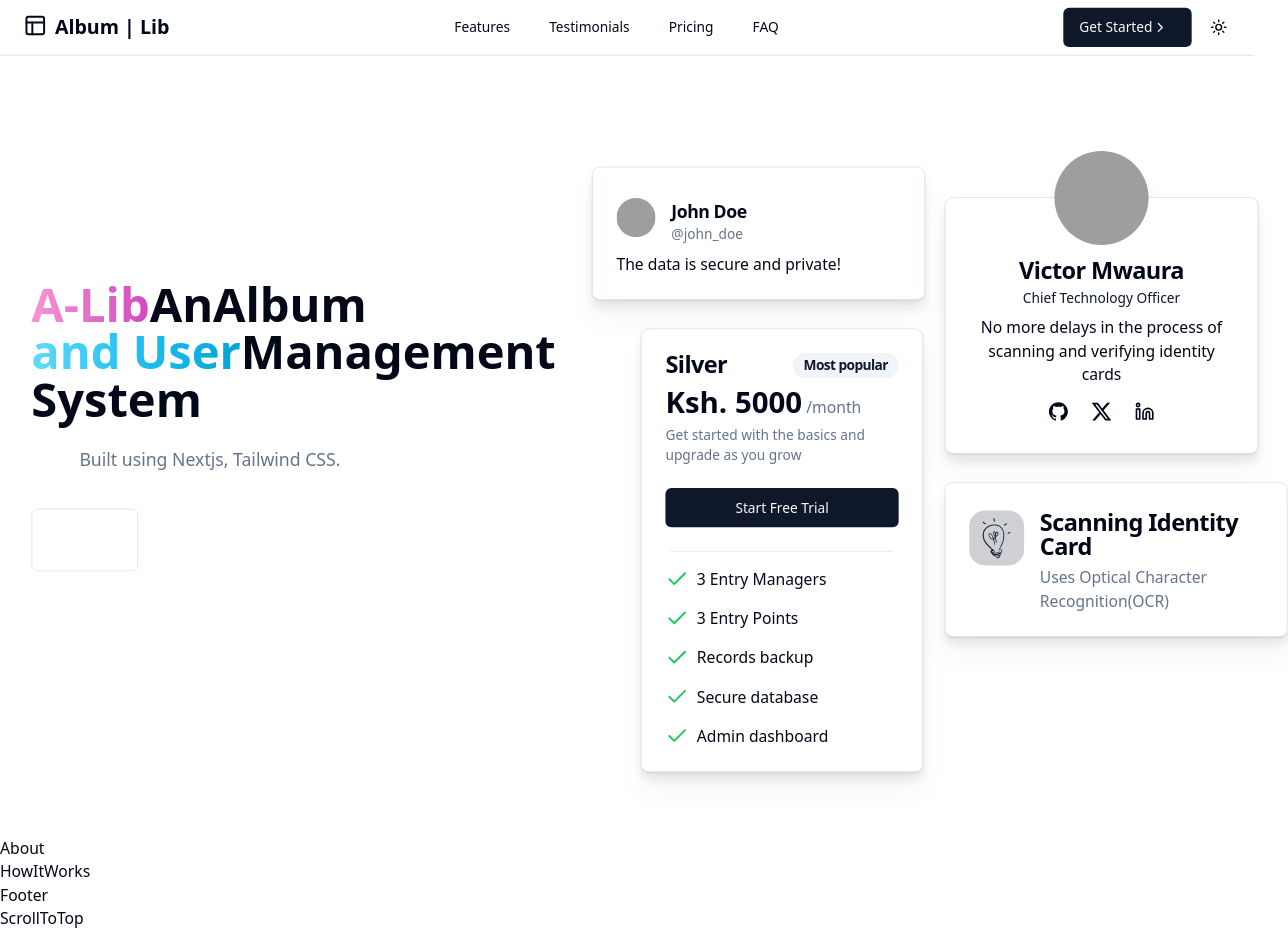
Repository: DevLaukey/savannah-informatics-test
Page: /
An editor plug-in stored every save of this project. The page is shown before and after the next save, followed by the edit.
The browser window is 1280 px wide. The page is 1314 px wide, so the pictures cover 1314 px, including what lies to the right of the window. The pictures show the whole page, at 98% of full size.
Pictures or frames that could not be fetched are drawn as grey boxes. The project was rebuilt for these pictures with package versions that can differ from the ones it lists, and the page was loaded fresh each time. The framework's server and built-in components were replaced by stand-ins that run in the browser. Also part of the build but not shown: next.config.mjs.

Above is the page before, as saved 2024-06-04 21:56:21.

### app/layout.jsx
import "./globals.css";
import { Inter as FontSans } from "next/font/google";

import { cn } from "@/lib/utils";
import { ThemeProvider } from "@/lib/theme-provider";

const fontSans = FontSans({
  subsets: ["latin"],
  variable: "--font-sans",
});

export default function RootLayout({ children }) {
  return (
    <html lang="en" suppressHydrationWarning>
      <head />
      <body
        className={cn(
          "min-h-screen bg-background font-sans antialiased",
          fontSans.variable
        )}
      >
        <ThemeProvider
          attribute="class"
          defaultTheme="system"
          enableSystem
          disableTransitionOnChange
        >
          {children}
        </ThemeProvider>
      </body>
    </html>
  );
}

### app/page.jsx
import Footer from "@/components/Footer";
import About from "@/components/landing-page/About";
import Hero from "@/components/landing-page/Hero";
import HowItWorks from "@/components/landing-page/HowItWorks";
import Navbar from "@/components/Navbar";
import ScrollToTop from "@/components/ScrollToTop";


// this is the landing page
export default function Home() {
  return (
    <>
      <Navbar />
      <Hero />
      <About />
      <HowItWorks />
      <Footer />
      <ScrollToTop />
    </>
  );
}

### components/landing-page/Hero.jsx
import { HeroCards } from "./HeroCards";
import { Button, buttonVariants } from "@/components/ui/button";

const Hero = () => {
  return (
    <section className="container grid grid-cols-1 md:grid-cols-2 place-items-center py-20 md:py-32 gap-10">
      <div className="text-center md:text-left space-y-6">
        <main className="text-3xl md:text-5xl font-bold">
          <h1 className="inline-block">
            <span className="inline bg-gradient-to-r from-[#F596D3] to-[#D247BF] text-transparent bg-clip-text">
              A-Lib
            </span>
            An
          </h1>
          Album
          <h2 className="inline-block">
            <span className="inline bg-gradient-to-r from-[#61DAFB] via-[#1fc0f1] to-[#03a3d7] text-transparent bg-clip-text">
              and User
            </span>
            Management System
          </h2>
        </main>

        <p className="text-lg text-muted-foreground md:w-10/12 mx-auto">
          Built using Nextjs, Tailwind CSS.
        </p>

        <div className="space-y-4 md:space-y-0 md:space-x-4">
          <Button
            type="button"
            className={`flex items-center justify-center w-full md:w-auto mt-3 text-white bg-black rounded-lg h-14 md:h-16 px-6 ${buttonVariants(
              {
                variant: "outline",
              }
            )}`}
          >

           Get Started
          </Button>
        </div>
      </div>

      {/* Hero cards sections */}
      <div className="z-10">
        <HeroCards />
      </div>

      {/* Shadow effect */}
      <div className="shadow"></div>
    </section>
  );
};

export default Hero;

### components/landing-page/HowItWorks.jsx
import React from 'react'

function HowItWorks() {
  return (
    <div>HowItWorks</div>
  )
}

export default HowItWorks

### components/Navbar.jsx
"use client";
import React, { useState } from "react";
import {
  NavigationMenu,
  NavigationMenuItem,
  NavigationMenuList,
} from "@/components/ui/navigation-menu";
import {
  Sheet,
  SheetContent,
  SheetHeader,
  SheetTitle,
  SheetTrigger,
} from "@/components/ui/sheet";
import { Button, buttonVariants } from "./ui/button";
import { ChevronRight, Menu } from "lucide-react";
import ModeToggle from "./mode-toggle";
import { LogoIcon } from "./Icons";

const routeList = [
  {
    href: "#features",
    label: "Features",
  },
  {
    href: "#testimonials",
    label: "Testimonials",
  },
  {
    href: "#pricing",
    label: "Pricing",
  },
  {
    href: "#faq",
    label: "FAQ",
  },
];

const Navbar = () => {
  const [isOpen, setIsOpen] = useState(false);
  return (
    <header className="sticky border-b-[1px] top-0 z-40 w-full bg-white dark:border-b-slate-700 dark:bg-background">
      <NavigationMenu className="mx-auto">
        <NavigationMenuList className="container h-14 px-4 w-screen flex justify-between">
          <NavigationMenuItem className="font-bold flex">
            <a
              rel="noreferrer noopener"
              href="/"
              className="ml-2 font-bold text-xl flex"
            >
              <LogoIcon />
              Album | Lib
            </a>
          </NavigationMenuItem>

          {/* mobile */}
          <span className="flex md:hidden">
            <ModeToggle />

            <Sheet open={isOpen} onOpenChange={setIsOpen}>
              <SheetTrigger className="px-2">
                <Menu
                  className="flex md:hidden h-5 w-5"
                  onClick={() => setIsOpen(true)}
                >
                  <span className="sr-only">Menu Icon</span>
                </Menu>
              </SheetTrigger>

              <SheetContent side={"left"}>
                <SheetHeader>
                  <SheetTitle className="font-bold text-xl">
                    Shadcn/React
                  </SheetTitle>
                </SheetHeader>
                <nav className="flex flex-col justify-center items-center gap-2 mt-4">
                  {routeList.map(({ href, label }) => (
                    <a
                      rel="noreferrer noopener"
                      key={label}
                      href={href}
                      onClick={() => setIsOpen(false)}
                      className={buttonVariants({ variant: "ghost" })}
                    >
                      {label}
                    </a>
                  ))}
                  <Button>
                    Get Started
                    <ChevronRight className="mr-2 h-4 w-4" />
                  </Button>
                </nav>
              </SheetContent>
            </Sheet>
          </span>

          {/* desktop */}
          <nav className="hidden md:flex gap-2">
            {routeList.map((route, i) => (
              <a
                rel="noreferrer noopener"
                href={route.href}
                key={i}
                className={`text-[17px] ${buttonVariants({
                  variant: "ghost",
                })}`}
              >
                {route.label}
              </a>
            ))}
          </nav>

          <div className="hidden md:flex gap-2">
            <Button>
              Get Started
              <ChevronRight className="mr-2 h-4 w-4" />
            </Button>
            <ModeToggle />
          </div>
        </NavigationMenuList>
      </NavigationMenu>
    </header>
  );
};
export default Navbar;

### components/ScrollToTop.jsx
import React from 'react'

function ScrollToTop() {
  return (
    <div>ScrollToTop</div>
  )
}

export default ScrollToTop

### components/ui/button.jsx
import * as React from "react"
import { Slot } from "@radix-ui/react-slot"
import { cva } from "class-variance-authority";

import { cn } from "@/lib/utils"

const buttonVariants = cva(
  "inline-flex items-center justify-center whitespace-nowrap rounded-md text-sm font-medium ring-offset-background transition-colors focus-visible:outline-none focus-visible:ring-2 focus-visible:ring-ring focus-visible:ring-offset-2 disabled:pointer-events-none disabled:opacity-50",
  {
    variants: {
      variant: {
        default: "bg-primary text-primary-foreground hover:bg-primary/90",
        destructive:
          "bg-destructive text-destructive-foreground hover:bg-destructive/90",
        outline:
          "border border-input bg-background hover:bg-accent hover:text-accent-foreground",
        secondary:
          "bg-secondary text-secondary-foreground hover:bg-secondary/80",
        ghost: "hover:bg-accent hover:text-accent-foreground",
        link: "text-primary underline-offset-4 hover:underline",
      },
      size: {
        default: "h-10 px-4 py-2",
        sm: "h-9 rounded-md px-3",
        lg: "h-11 rounded-md px-8",
        icon: "h-10 w-10",
      },
    },
    defaultVariants: {
      variant: "default",
      size: "default",
    },
  }
)

const Button = React.forwardRef(({ className, variant, size, asChild = false, ...props }, ref) => {
  const Comp = asChild ? Slot : "button"
  return (
    (<Comp
      className={cn(buttonVariants({ variant, size, className }))}
      ref={ref}
      {...props} />)
  );
})
Button.displayName = "Button"

export { Button, buttonVariants }

### components/ui/navigation-menu.jsx
import * as React from "react"
import * as NavigationMenuPrimitive from "@radix-ui/react-navigation-menu"
import { cva } from "class-variance-authority"
import { ChevronDown } from "lucide-react"

import { cn } from "@/lib/utils"

const NavigationMenu = React.forwardRef(({ className, children, ...props }, ref) => (
  <NavigationMenuPrimitive.Root
    ref={ref}
    className={cn(
      "relative z-10 flex max-w-max flex-1 items-center justify-center",
      className
    )}
    {...props}>
    {children}
    <NavigationMenuViewport />
  </NavigationMenuPrimitive.Root>
))
NavigationMenu.displayName = NavigationMenuPrimitive.Root.displayName

const NavigationMenuList = React.forwardRef(({ className, ...props }, ref) => (
  <NavigationMenuPrimitive.List
    ref={ref}
    className={cn(
      "group flex flex-1 list-none items-center justify-center space-x-1",
      className
    )}
    {...props} />
))
NavigationMenuList.displayName = NavigationMenuPrimitive.List.displayName

const NavigationMenuItem = NavigationMenuPrimitive.Item

const navigationMenuTriggerStyle = cva(
  "group inline-flex h-10 w-max items-center justify-center rounded-md bg-background px-4 py-2 text-sm font-medium transition-colors hover:bg-accent hover:text-accent-foreground focus:bg-accent focus:text-accent-foreground focus:outline-none disabled:pointer-events-none disabled:opacity-50 data-[active]:bg-accent/50 data-[state=open]:bg-accent/50"
)

const NavigationMenuTrigger = React.forwardRef(({ className, children, ...props }, ref) => (
  <NavigationMenuPrimitive.Trigger
    ref={ref}
    className={cn(navigationMenuTriggerStyle(), "group", className)}
    {...props}>
    {children}{" "}
    <ChevronDown
      className="relative top-[1px] ml-1 h-3 w-3 transition duration-200 group-data-[state=open]:rotate-180"
      aria-hidden="true" />
  </NavigationMenuPrimitive.Trigger>
))
NavigationMenuTrigger.displayName = NavigationMenuPrimitive.Trigger.displayName

const NavigationMenuContent = React.forwardRef(({ className, ...props }, ref) => (
  <NavigationMenuPrimitive.Content
    ref={ref}
    className={cn(
      "left-0 top-0 w-full data-[motion^=from-]:animate-in data-[motion^=to-]:animate-out data-[motion^=from-]:fade-in data-[motion^=to-]:fade-out data-[motion=from-end]:slide-in-from-right-52 data-[motion=from-start]:slide-in-from-left-52 data-[motion=to-end]:slide-out-to-right-52 data-[motion=to-start]:slide-out-to-left-52 md:absolute md:w-auto ",
      className
    )}
    {...props} />
))
NavigationMenuContent.displayName = NavigationMenuPrimitive.Content.displayName

const NavigationMenuLink = NavigationMenuPrimitive.Link

const NavigationMenuViewport = React.forwardRef(({ className, ...props }, ref) => (
  <div className={cn("absolute left-0 top-full flex justify-center")}>
    <NavigationMenuPrimitive.Viewport
      className={cn(
        "origin-top-center relative mt-1.5 h-[var(--radix-navigation-menu-viewport-height)] w-full overflow-hidden rounded-md border bg-popover text-popover-foreground shadow-lg data-[state=open]:animate-in data-[state=closed]:animate-out data-[state=closed]:zoom-out-95 data-[state=open]:zoom-in-90 md:w-[var(--radix-navigation-menu-viewport-width)]",
        className
      )}
      ref={ref}
      {...props} />
  </div>
))
NavigationMenuViewport.displayName =
  NavigationMenuPrimitive.Viewport.displayName

const NavigationMenuIndicator = React.forwardRef(({ className, ...props }, ref) => (
  <NavigationMenuPrimitive.Indicator
    ref={ref}
    className={cn(
      "top-full z-[1] flex h-1.5 items-end justify-center overflow-hidden data-[state=visible]:animate-in data-[state=hidden]:animate-out data-[state=hidden]:fade-out data-[state=visible]:fade-in",
      className
    )}
    {...props}>
    <div
      className="relative top-[60%] h-2 w-2 rotate-45 rounded-tl-sm bg-border shadow-md" />
  </NavigationMenuPrimitive.Indicator>
))
NavigationMenuIndicator.displayName =
  NavigationMenuPrimitive.Indicator.displayName

export {
  navigationMenuTriggerStyle,
  NavigationMenu,
  NavigationMenuList,
  NavigationMenuItem,
  NavigationMenuContent,
  NavigationMenuTrigger,
  NavigationMenuLink,
  NavigationMenuIndicator,
  NavigationMenuViewport,
}

### components/ui/sheet.jsx
"use client";
import * as React from "react"
import * as SheetPrimitive from "@radix-ui/react-dialog"
import { cva } from "class-variance-authority";
import { X } from "lucide-react"

import { cn } from "@/lib/utils"

const Sheet = SheetPrimitive.Root

const SheetTrigger = SheetPrimitive.Trigger

const SheetClose = SheetPrimitive.Close

const SheetPortal = SheetPrimitive.Portal

const SheetOverlay = React.forwardRef(({ className, ...props }, ref) => (
  <SheetPrimitive.Overlay
    className={cn(
      "fixed inset-0 z-50 bg-black/80  data-[state=open]:animate-in data-[state=closed]:animate-out data-[state=closed]:fade-out-0 data-[state=open]:fade-in-0",
      className
    )}
    {...props}
    ref={ref} />
))
SheetOverlay.displayName = SheetPrimitive.Overlay.displayName

const sheetVariants = cva(
  "fixed z-50 gap-4 bg-background p-6 shadow-lg transition ease-in-out data-[state=open]:animate-in data-[state=closed]:animate-out data-[state=closed]:duration-300 data-[state=open]:duration-500",
  {
    variants: {
      side: {
        top: "inset-x-0 top-0 border-b data-[state=closed]:slide-out-to-top data-[state=open]:slide-in-from-top",
        bottom:
          "inset-x-0 bottom-0 border-t data-[state=closed]:slide-out-to-bottom data-[state=open]:slide-in-from-bottom",
        left: "inset-y-0 left-0 h-full w-3/4 border-r data-[state=closed]:slide-out-to-left data-[state=open]:slide-in-from-left sm:max-w-sm",
        right:
          "inset-y-0 right-0 h-full w-3/4  border-l data-[state=closed]:slide-out-to-right data-[state=open]:slide-in-from-right sm:max-w-sm",
      },
    },
    defaultVariants: {
      side: "right",
    },
  }
)

const SheetContent = React.forwardRef(({ side = "right", className, children, ...props }, ref) => (
  <SheetPortal>
    <SheetOverlay />
    <SheetPrimitive.Content ref={ref} className={cn(sheetVariants({ side }), className)} {...props}>
      {children}
      <SheetPrimitive.Close
        className="absolute right-4 top-4 rounded-sm opacity-70 ring-offset-background transition-opacity hover:opacity-100 focus:outline-none focus:ring-2 focus:ring-ring focus:ring-offset-2 disabled:pointer-events-none data-[state=open]:bg-secondary">
        <X className="h-4 w-4" />
        <span className="sr-only">Close</span>
      </SheetPrimitive.Close>
    </SheetPrimitive.Content>
  </SheetPortal>
))
SheetContent.displayName = SheetPrimitive.Content.displayName

const SheetHeader = ({
  className,
  ...props
}) => (
  <div
    className={cn("flex flex-col space-y-2 text-center sm:text-left", className)}
    {...props} />
)
SheetHeader.displayName = "SheetHeader"

const SheetFooter = ({
  className,
  ...props
}) => (
  <div
    className={cn("flex flex-col-reverse sm:flex-row sm:justify-end sm:space-x-2", className)}
    {...props} />
)
SheetFooter.displayName = "SheetFooter"

const SheetTitle = React.forwardRef(({ className, ...props }, ref) => (
  <SheetPrimitive.Title
    ref={ref}
    className={cn("text-lg font-semibold text-foreground", className)}
    {...props} />
))
SheetTitle.displayName = SheetPrimitive.Title.displayName

const SheetDescription = React.forwardRef(({ className, ...props }, ref) => (
  <SheetPrimitive.Description
    ref={ref}
    className={cn("text-sm text-muted-foreground", className)}
    {...props} />
))
SheetDescription.displayName = SheetPrimitive.Description.displayName

export {
  Sheet,
  SheetPortal,
  SheetOverlay,
  SheetTrigger,
  SheetClose,
  SheetContent,
  SheetHeader,
  SheetFooter,
  SheetTitle,
  SheetDescription,
}

### components/mode-toggle.jsx
import React from "react";
import { Button } from "@/components/ui/button";
import {
  DropdownMenu,
  DropdownMenuContent,
  DropdownMenuItem,
  DropdownMenuTrigger,
} from "@/components/ui/dropdown-menu";
import { useTheme } from "@/lib/theme-provider";
import { Moon, Sun } from "lucide-react";

export default function ModeToggle() {
  const { setTheme } = useTheme();

  return (
    <DropdownMenu>
      <DropdownMenuTrigger asChild>
        <Button variant="ghost" size="icon" className="ghost">
          <Sun className="h-[1.1rem] w-[1.2rem] rotate-0 scale-100 transition-all dark:-rotate-90 dark:scale-0" />
          <Moon className="absolute h-[1.1rem] w-[1.2rem] rotate-90 scale-0 transition-all dark:rotate-0 dark:scale-100" />
          <span className="sr-only">Toggle theme</span>
        </Button>
      </DropdownMenuTrigger>
      <DropdownMenuContent align="end">
        <DropdownMenuItem onClick={() => setTheme("light")}>
          Light
        </DropdownMenuItem>
        <DropdownMenuItem onClick={() => setTheme("dark")}>
          Dark
        </DropdownMenuItem>
        <DropdownMenuItem onClick={() => setTheme("system")}>
          System
        </DropdownMenuItem>
      </DropdownMenuContent>
    </DropdownMenu>
  );
}

### components/Icons.jsx
export const LogoIcon = () => {
  return (
    <svg
      xmlns="http://www.w3.org/2000/svg"
      viewBox="0 0 24 24"
      fill="none"
      stroke="currentColor"
      strokeWidth="2"
      strokeLinecap="round"
      strokeLinejoin="round"
      className="lucide lucide-panels-top-left mr-2 w-6 h-6"
    >
      <rect width="18" height="18" x="3" y="3" rx="2" />
      <path d="M3 9h18" />
      <path d="M9 21V9" />
    </svg>
  );
};

### components/ui/avatar.jsx
"use client"

import * as React from "react"
import * as AvatarPrimitive from "@radix-ui/react-avatar"

import { cn } from "@/lib/utils"

const Avatar = React.forwardRef(({ className, ...props }, ref) => (
  <AvatarPrimitive.Root
    ref={ref}
    className={cn("relative flex h-10 w-10 shrink-0 overflow-hidden rounded-full", className)}
    {...props} />
))
Avatar.displayName = AvatarPrimitive.Root.displayName

const AvatarImage = React.forwardRef(({ className, ...props }, ref) => (
  <AvatarPrimitive.Image
    ref={ref}
    className={cn("aspect-square h-full w-full", className)}
    {...props} />
))
AvatarImage.displayName = AvatarPrimitive.Image.displayName

const AvatarFallback = React.forwardRef(({ className, ...props }, ref) => (
  <AvatarPrimitive.Fallback
    ref={ref}
    className={cn(
      "flex h-full w-full items-center justify-center rounded-full bg-muted",
      className
    )}
    {...props} />
))
AvatarFallback.displayName = AvatarPrimitive.Fallback.displayName

export { Avatar, AvatarImage, AvatarFallback }

### components/ui/badge.jsx
import * as React from "react"
import { cva } from "class-variance-authority";

import { cn } from "@/lib/utils"

const badgeVariants = cva(
  "inline-flex items-center rounded-full border px-2.5 py-0.5 text-xs font-semibold transition-colors focus:outline-none focus:ring-2 focus:ring-ring focus:ring-offset-2",
  {
    variants: {
      variant: {
        default:
          "border-transparent bg-primary text-primary-foreground hover:bg-primary/80",
        secondary:
          "border-transparent bg-secondary text-secondary-foreground hover:bg-secondary/80",
        destructive:
          "border-transparent bg-destructive text-destructive-foreground hover:bg-destructive/80",
        outline: "text-foreground",
      },
    },
    defaultVariants: {
      variant: "default",
    },
  }
)

function Badge({
  className,
  variant,
  ...props
}) {
  return (<div className={cn(badgeVariants({ variant }), className)} {...props} />);
}

export { Badge, badgeVariants }

### components/ui/card.jsx
import * as React from "react"

import { cn } from "@/lib/utils"

const Card = React.forwardRef(({ className, ...props }, ref) => (
  <div
    ref={ref}
    className={cn("rounded-lg border bg-card text-card-foreground shadow-sm", className)}
    {...props} />
))
Card.displayName = "Card"

const CardHeader = React.forwardRef(({ className, ...props }, ref) => (
  <div
    ref={ref}
    className={cn("flex flex-col space-y-1.5 p-6", className)}
    {...props} />
))
CardHeader.displayName = "CardHeader"

const CardTitle = React.forwardRef(({ className, ...props }, ref) => (
  <h3
    ref={ref}
    className={cn("text-2xl font-semibold leading-none tracking-tight", className)}
    {...props} />
))
CardTitle.displayName = "CardTitle"

const CardDescription = React.forwardRef(({ className, ...props }, ref) => (
  <p
    ref={ref}
    className={cn("text-sm text-muted-foreground", className)}
    {...props} />
))
CardDescription.displayName = "CardDescription"

const CardContent = React.forwardRef(({ className, ...props }, ref) => (
  <div ref={ref} className={cn("p-6 pt-0", className)} {...props} />
))
CardContent.displayName = "CardContent"

const CardFooter = React.forwardRef(({ className, ...props }, ref) => (
  <div
    ref={ref}
    className={cn("flex items-center p-6 pt-0", className)}
    {...props} />
))
CardFooter.displayName = "CardFooter"

export { Card, CardHeader, CardFooter, CardTitle, CardDescription, CardContent }

Loaded but not shown: app/globals.css (common file); lib/utils.js (common file); components/Footer.jsx (common file); components/landing-page/About.jsx (common file); tailwind.config.js (82 lines, source omitted); lib/theme-provider.js (60 lines, source omitted); components/landing-page/LightBulbIcon.jsx (73 lines, source omitted); components/ui/dropdown-menu.jsx (157 lines, source omitted); components/landing-page/HeroCards.jsx (164 lines, source omitted)

After the next save:
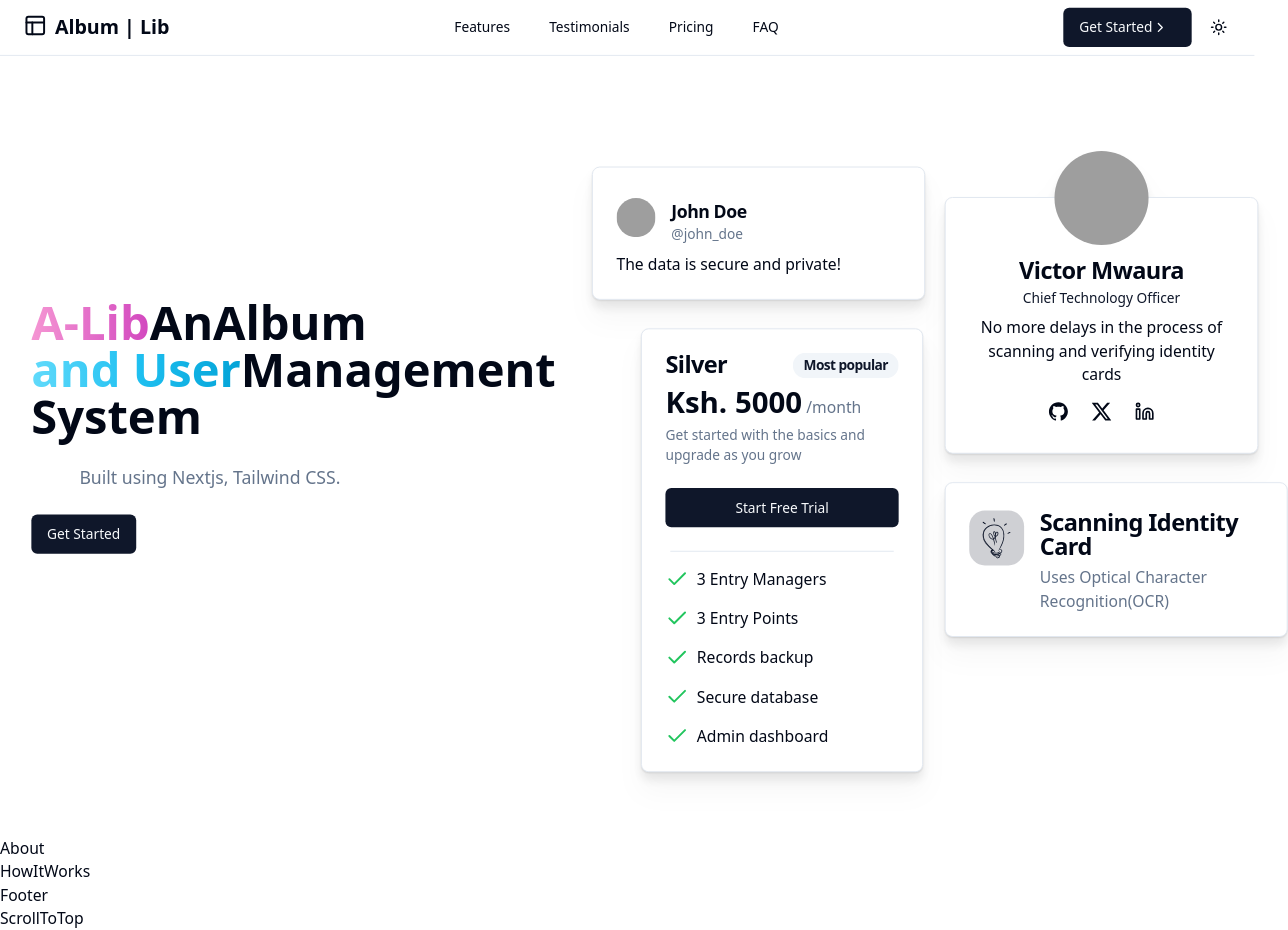
Saved 17 s later.
--- a/components/landing-page/Hero.jsx
+++ b/components/landing-page/Hero.jsx
@@ -28,11 +28,7 @@ const Hero = () => {
         <div className="space-y-4 md:space-y-0 md:space-x-4">
           <Button
             type="button"
-            className={`flex items-center justify-center w-full md:w-auto mt-3 text-white bg-black rounded-lg h-14 md:h-16 px-6 ${buttonVariants(
-              {
-                variant: "outline",
-              }
-            )}`}
+            className={buttonVariants({ variant: "primary" })}
           >
 
            Get Started
